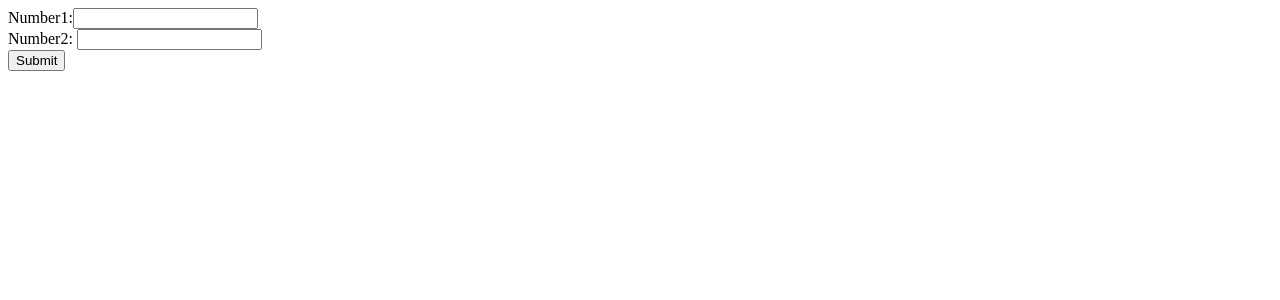
Repository: sunildutt6/servletDemo
Page: ServletBasics/WebContent/numbers.html
These files come from the project's save history. The page is drawn as it stood at one moment and after the next save; the edit follows.
The browser window is 1280 px wide. The pictures show the whole page.

Above is the page before, as saved 2022-06-07 20:35:21.

### ServletBasics/WebContent/numbers.html
<!DOCTYPE html>
<html>
<head>
<meta charset="ISO-8859-1">
<title>Insert title here</title>
</head>
<body>


	<form>
		Number1:<input type="text" name="number1" /><br />
		Number2: <input type="text"
			name="number2" /><br /> <input type="submit" name="submit" />
	</form>
</body>
</html>

After the next save:
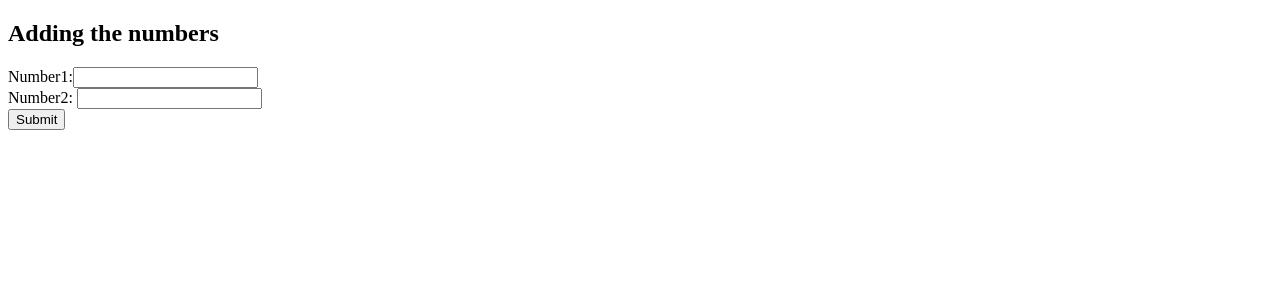
Saved 20 s later.
--- a/ServletBasics/WebContent/numbers.html
+++ b/ServletBasics/WebContent/numbers.html
@@ -8,6 +8,7 @@
 
 
 	<form>
+	<h2>Adding the numbers</h2>
 		Number1:<input type="text" name="number1" /><br />
 		Number2: <input type="text"
 			name="number2" /><br /> <input type="submit" name="submit" />
